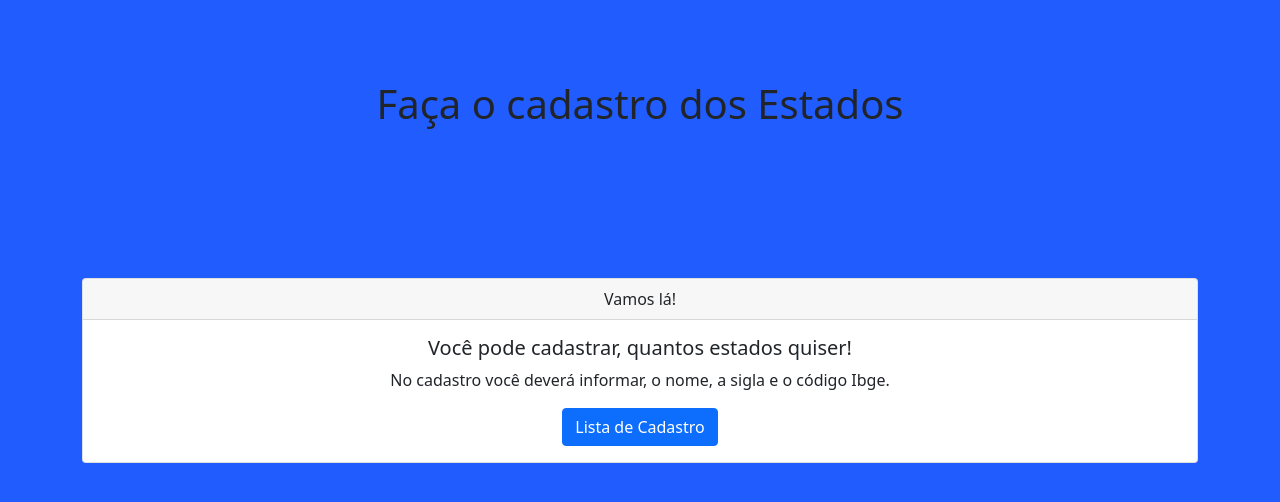
Repository: danielandradedasilva/ProjetoWebJava
Page: http://localhost/projetoweb/
An editor plug-in stored every save of this project. The page is shown before and after the next save, followed by the edit.
The browser window is 1280 px wide. The pictures show the whole page.
The page is served by Tomcat 9. Other server files are loaded and not shown.

Above is the page before, as saved 2021-05-10 02:01:22.

### projetoweb/src/main/webapp/index.jsp
<%@taglib prefix="c" uri="http://java.sun.com/jsp/jstl/core"%>
<%@taglib prefix="fmt" uri="http://java.sun.com/jsp/jstl/fmt"%>
<%@taglib uri="http://www.springframework.org/tags/form" prefix="form"%>


<%@ page language="java" contentType="text/html; charset=ISO-8859-1"
    pageEncoding="ISO-8859-1"%>
<!DOCTYPE html>
<html>
<head>
<meta charset="ISO-8859-1">
<title>Projeto Web</title>
<link href="https://cdn.jsdelivr.net/npm/bootstrap@5.0.0/dist/css/bootstrap.min.css" rel="stylesheet" integrity="sha384-wEmeIV1mKuiNpC+IOBjI7aAzPcEZeedi5yW5f2yOq55WWLwNGmvvx4Um1vskeMj0" crossorigin="anonymous">
<style type="text/css">
	.card{
		margin-top: 150px;
	}
	h1{
		margin-top: 80px;
	}
	body{
	 background-color: #215CFF;
	}
</style>
</head>
<body>

	<div class="container">
		<h1 align="center">Faça o cadastro dos Estados</h1>

		<div class="card text-center">
			<div class="card-header">
			   Vamos lá!
			</div>
		 <div class="card-body">
		    <h5 class="card-title"> Você pode cadastrar, quantos estados quiser!</h5>
		    <p class="card-text">No cadastro você deverá informar, o nome, a sigla e o código Ibge.</p>
		    <a href="#" class="btn btn-primary">Lista de Cadastro</a>
		 </div>
	</div>

		<div class="row">
			<div class="col"></div>
		</div>

	</div>

</body>
</html>

After the next save:
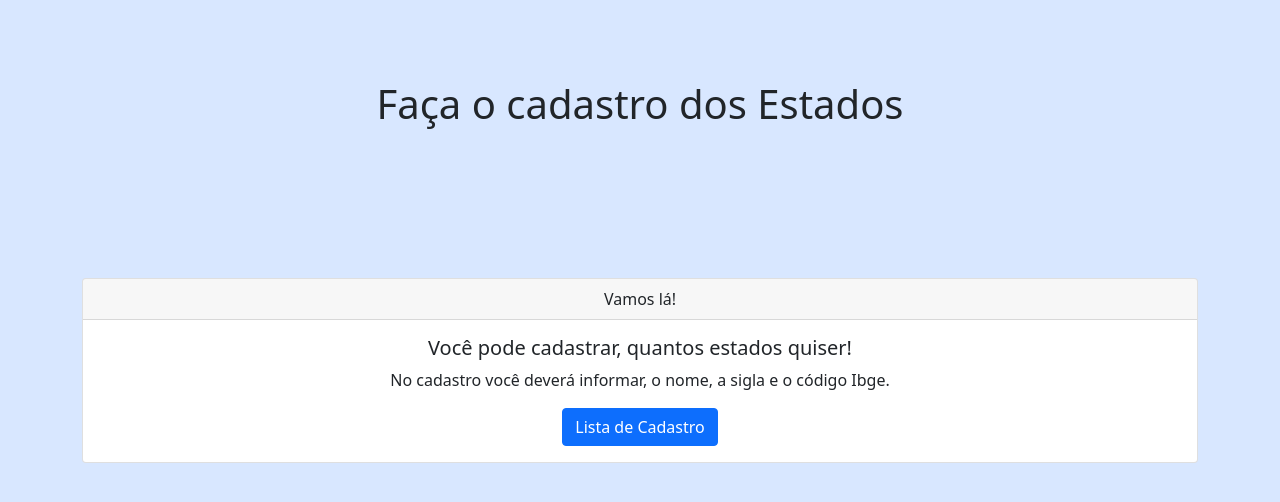
Saved 45 s later.
--- a/projetoweb/src/main/webapp/index.jsp
+++ b/projetoweb/src/main/webapp/index.jsp
@@ -19,7 +19,7 @@
 		margin-top: 80px;
 	}
 	body{
-	 background-color: #215CFF;
+	 background-color: #D8E7FF;
 	}
 </style>
 </head>
